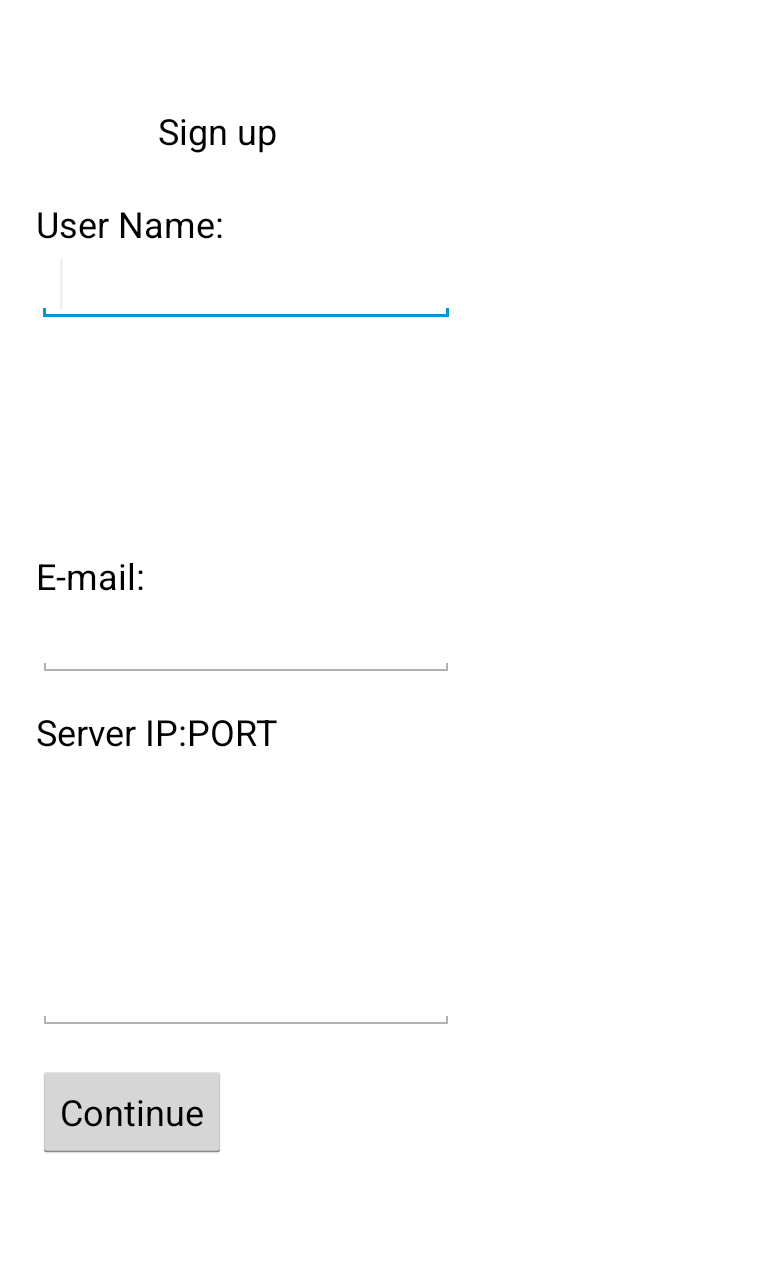
Repository: Teketel/hujeManiita
Layout: workspace/android/Besso/res/layout/activity_main.xml
The author's editor kept a copy of each file at every save. The layout is drawn from the files as they stood at one save, then again after the next save.
It is drawn on a 768 x 1280 px phone screen (xhdpi) without system bars, with theme AppTheme; the app's code is not run.

Above is the layout before, as saved 2013-02-18 19:33:16.

After the next save:
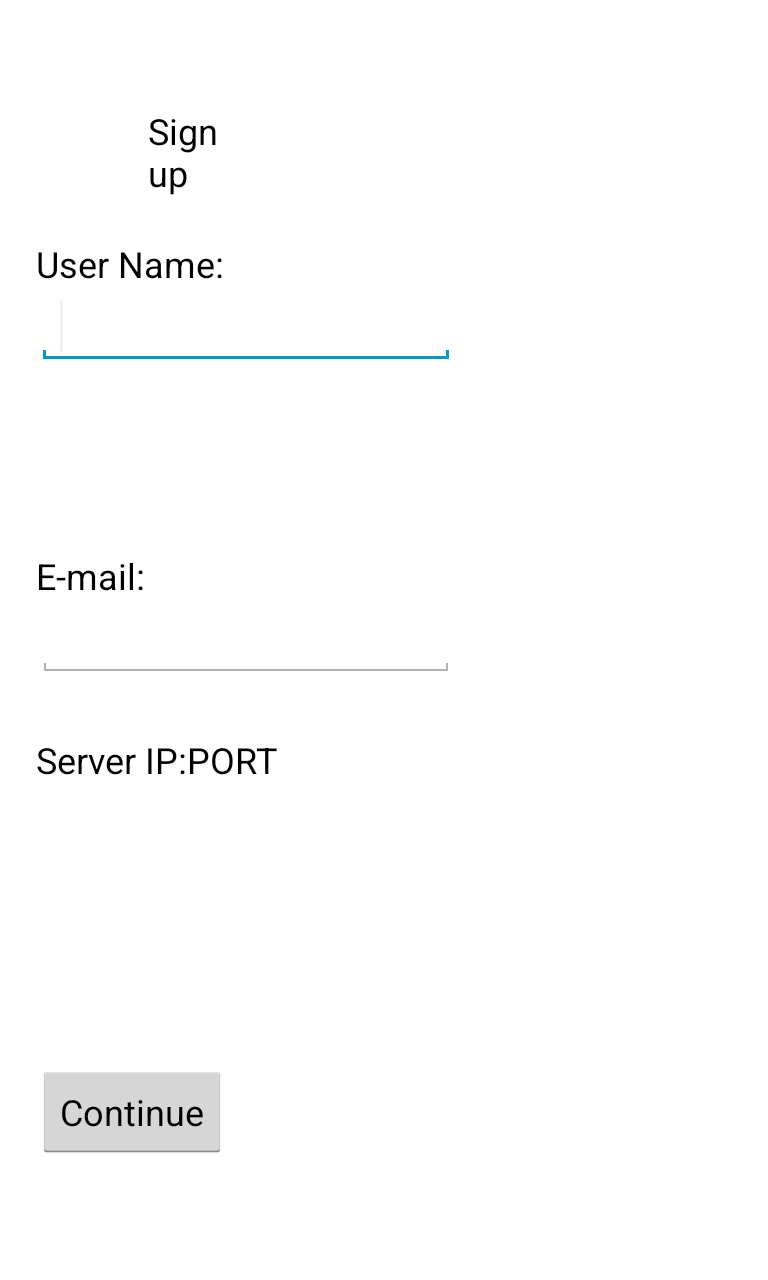
Saved 41 s later.
--- a/workspace/android/Besso/res/layout/activity_main.xml
+++ b/workspace/android/Besso/res/layout/activity_main.xml
@@ -26,7 +26,7 @@
         android:layout_height="wrap_content"
         android:layout_alignLeft="@+id/editText1"
         android:layout_alignParentTop="true"
-        android:layout_alignRight="@+id/ipTextView"
+        android:layout_alignRight="@+id/button1"
         android:layout_marginLeft="56dp"
         android:layout_marginTop="35dp"
         android:text="Sign up"
@@ -41,6 +41,25 @@
         android:layout_centerVertical="true"
         android:ems="10"
         android:inputType="textEmailAddress" />
+
+    <TextView
+        android:id="@+id/textView2"
+        android:layout_width="wrap_content"
+        android:layout_height="wrap_content"
+        android:layout_alignLeft="@+id/editText1"
+        android:layout_below="@+id/textView1"
+        android:layout_marginTop="21dp"
+        android:text="User Name:"
+        android:textAppearance="?android:attr/textAppearanceMedium" />
+
+    <TextView
+        android:id="@+id/textView3"
+        android:layout_width="wrap_content"
+        android:layout_height="wrap_content"
+        android:layout_above="@+id/email"
+        android:layout_alignLeft="@+id/email"
+        android:text="E-mail:"
+        android:textAppearance="?android:attr/textAppearanceMedium" />
 
     <Button
         android:id="@+id/button1"
@@ -57,36 +76,8 @@
         android:layout_height="wrap_content"
         android:layout_alignLeft="@+id/email"
         android:layout_below="@+id/email"
-        android:layout_marginTop="14dp"
+        android:layout_marginTop="28dp"
         android:text="Server IP:PORT"
         android:textAppearance="?android:attr/textAppearanceMedium" />
 
-    <EditText
-        android:id="@+id/ipEditText"
-        android:layout_width="wrap_content"
-        android:layout_height="wrap_content"
-        android:layout_above="@+id/button1"
-        android:layout_alignLeft="@+id/button1"
-        android:layout_marginBottom="16dp"
-        android:ems="10" />
-
-    <TextView
-        android:id="@+id/textView3"
-        android:layout_width="wrap_content"
-        android:layout_height="wrap_content"
-        android:layout_above="@+id/email"
-        android:layout_alignLeft="@+id/email"
-        android:text="E-mail:"
-        android:textAppearance="?android:attr/textAppearanceMedium" />
-
-    <TextView
-        android:id="@+id/textView2"
-        android:layout_width="wrap_content"
-        android:layout_height="wrap_content"
-        android:layout_alignLeft="@+id/userName"
-        android:layout_below="@+id/textView1"
-        android:layout_marginTop="22dp"
-        android:text="User Name:"
-        android:textAppearance="?android:attr/textAppearanceMedium" />
-
 </RelativeLayout>
